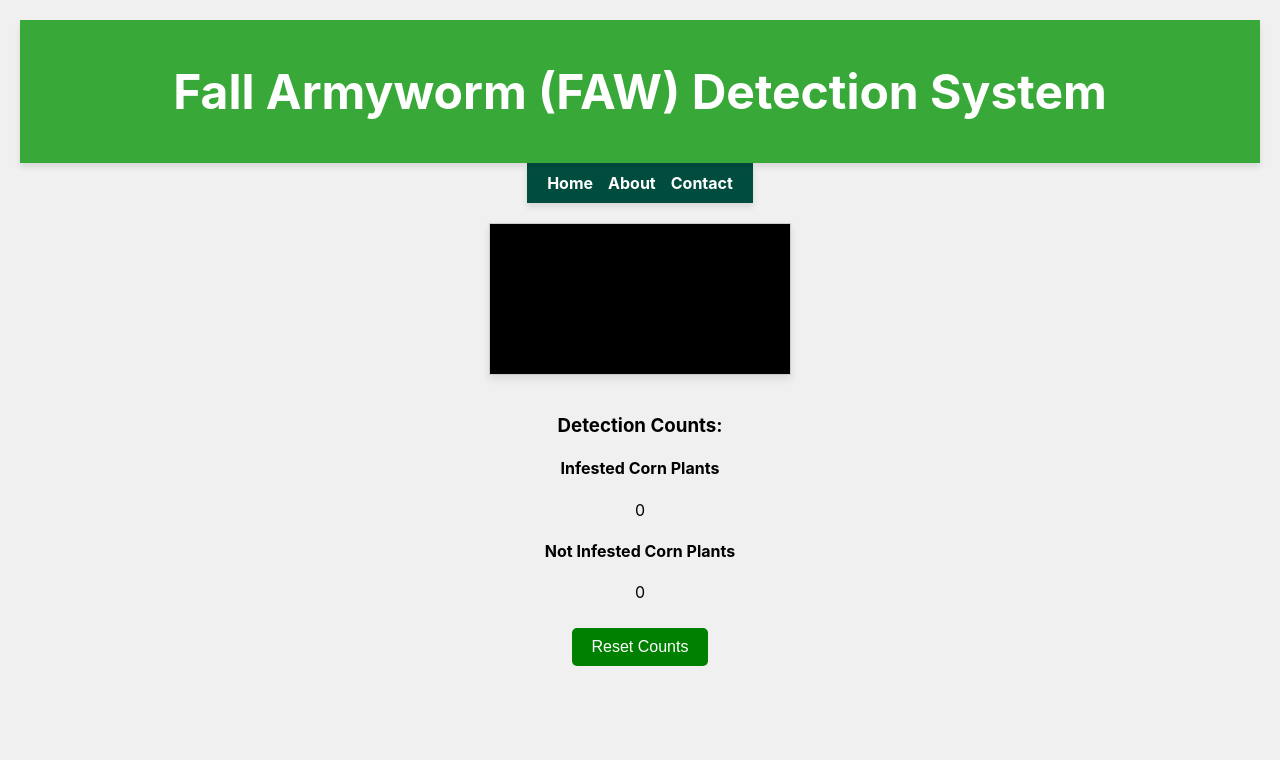
Repository: jansen223/faw-detection-main
Page: /
An editor plug-in stored every save of this project. The page is shown before and after the next save, followed by the edit.
The browser window is 1280 px wide. The pictures show the whole page.
The page's requests for data from a server got no answer. The project was rebuilt for these pictures with package versions that can differ from the ones it lists, and the page was loaded fresh each time. No one was signed in, and anything a server would have sent is missing.

Above is the page before, as saved 2025-04-09 23:59:33.

After the next save:
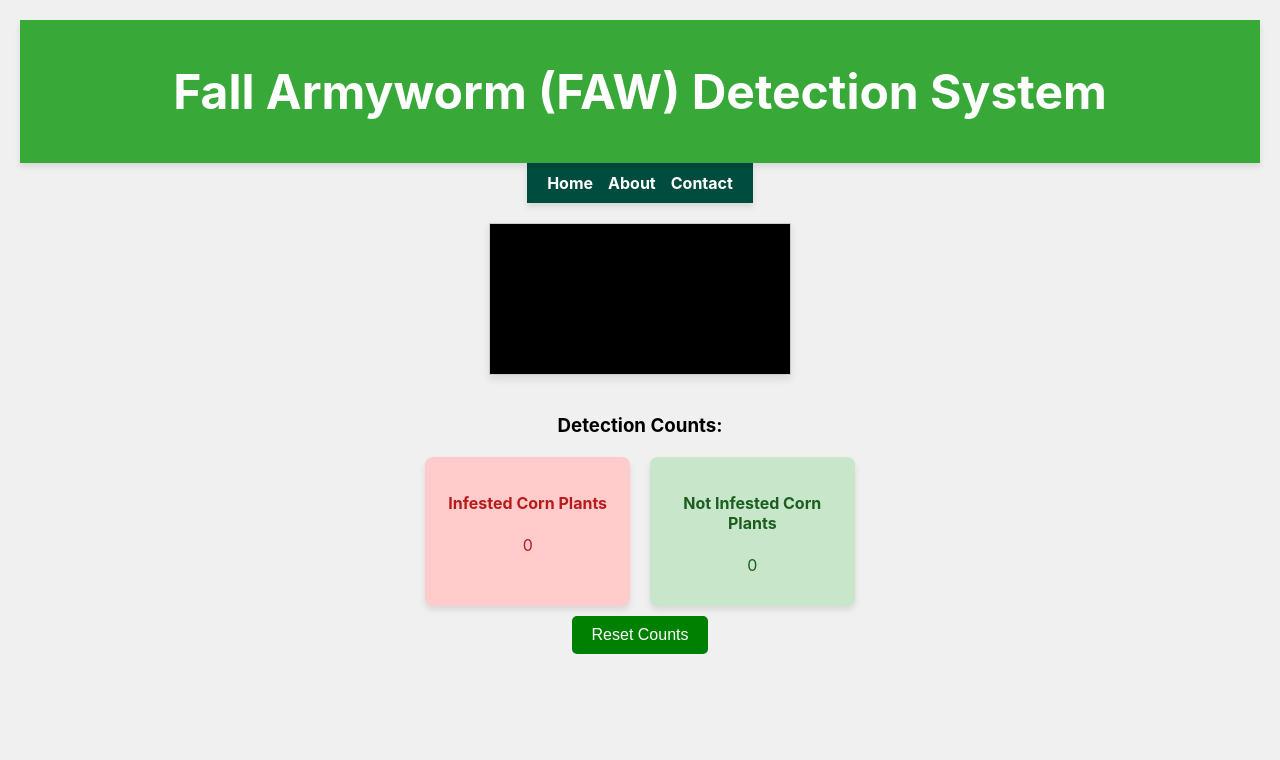
Saved 30 s later.
--- a/src/App.css
+++ b/src/App.css
@@ -104,3 +104,27 @@ canvas {
 .App-navbar a:hover {
   text-decoration: underline;
 }
+
+.detection-cards {
+  display: flex;
+  gap: 20px;
+  margin-top: 20px;
+}
+
+.card {
+  padding: 15px;
+  border-radius: 8px;
+  box-shadow: 0 4px 6px rgba(0, 0, 0, 0.1);
+  text-align: center;
+  flex: 1;
+}
+
+.card.infested {
+  background-color: #ffcccb;
+  color: #b71c1c;
+}
+
+.card.not-infested {
+  background-color: #c8e6c9;
+  color: #1b5e20;
+}
